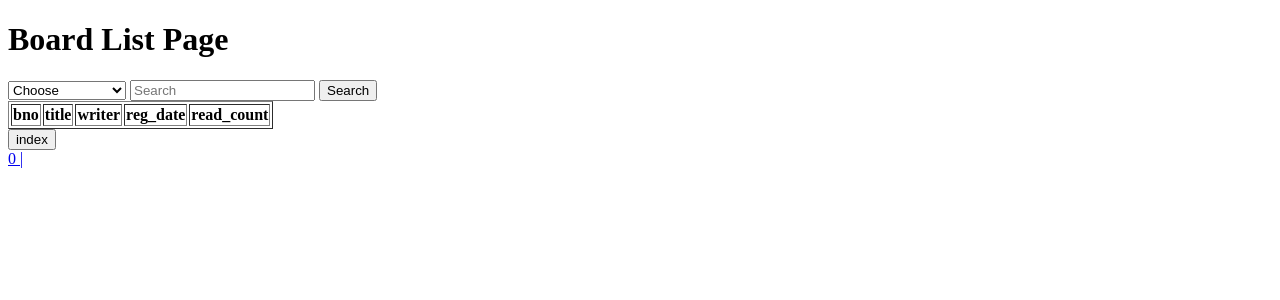
Repository: novemberjj/jsp
Page: http://localhost/jsp_project4/board/list.jsp
These files come from the project's save history. The page is drawn as it stood at one moment and after the next save; the edit follows.
The browser window is 1280 px wide. The pictures show the whole page.
The page is served by Tomcat 9. Other server files are loaded and not shown. The template is opened directly, without the code that normally fills it, so the values that code supplies are empty.

Above is the page before, as saved 2023-05-30 07:05:18.

### jsp_project4/jsp_project4/src/main/webapp/board/list.jsp
<%@ page language="java" contentType="text/html; charset=UTF-8"
    pageEncoding="UTF-8"%>
<%@ taglib uri="http://java.sun.com/jsp/jstl/core" prefix="c" %>
<!DOCTYPE html>
<html>
<head>
<meta charset="UTF-8">
<title>Board List Page</title>
</head>
<body>
<h1>Board List Page</h1>
<form action="/brd/page" method="post">
<div>
	<c:set value="${pgh.pgvo.type }" var="typed"></c:set>
	<select name="type">
		<option ${typed==null ? 'selected':'' }>Choose</option>
		<option value="t" ${typed eq 't' ? 'selected':'' }>title</option>
		<option value="w" ${typed eq 'w' ? 'selected':'' }>writer</option>
		<option value="c" ${typed eq 'c' ? 'selected':'' }>content</option>
		<option value="tc" ${typed eq 'tc' ? 'selected':'' }>title or content</option>
		<option value="tw" ${typed eq 'tw' ? 'selected':'' }>title or writer</option>
		<option value="cw" ${typed eq 'cw' ? 'selected':'' }>content or writer</option>
	</select>
	<input type="text" name="keyword" placeholder="Search">
	<input type="hidden" name="pageNo" value="${pgh.pgvo.pageNo }">
	<input type="hidden" name="qty" value="${pgh.pgvo.qty }">
	<button type="submit">Search</button>
</div>
</form>
<table border="1">
<tr>
<th>bno</th>
<th>title</th>
<th>writer</th>
<th>reg_date</th>
<th>read_count</th>
</tr>
<c:forEach items="${list }" var="bvo">
<tr>
<td>${bvo.bno }</td>
<td>
<c:if test="${bvo.image_file ne null }">
<img alt="없음" src="/_fileUpload/th_${bvo.image_file }">
</c:if>
<a href="/brd/detail?bno=${bvo.bno }">${bvo.title }</a>
</td>
<td>${bvo.writer }</td>
<td>${bvo.reg_date }</td>
<td>${bvo.read_count }</td>
</tr>
</c:forEach>
</table>
<a href="/"><button type="button">index</button> </a> <br>
<c:if test="${pgh.prev }">
<a href="/brd/page?pageNo=${pgh.startPage-1 }&qty=${pgh.pgvo.qty }&type=${pgh.pgvo.type }&keyword=${pgh.pgvo.keyword }"> 이전 </a>
</c:if>
<c:forEach begin="${pgh.startPage }" end="${pgh.endPage }" var="i">
<a href="/brd/page?pageNo=${i }&qty=${pgh.pgvo.qty}&type=${pgh.pgvo.type}&keyword=${pgh.pgvo.keyword}">${i } | </a>
</c:forEach>
<c:if test="${pgh.next }">
<a href="/brd/page?pageNo=${pgh.endPage+1 }&qty=${pgh.pgvo.qty}&type=${pgh.pgvo.type}&keyword=${pgh.pgvo.keyword}">다음</a>
</c:if>

</body>
</html>

After the next save:
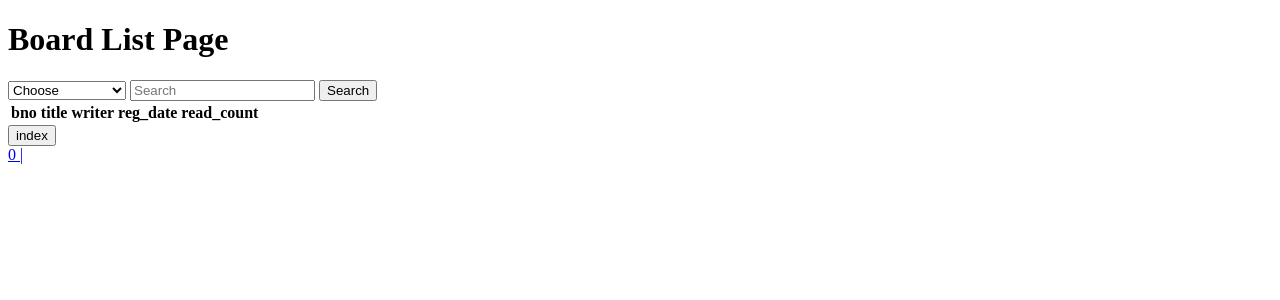
Saved 82 s later.
--- a/jsp_project4/jsp_project4/src/main/webapp/board/list.jsp
+++ b/jsp_project4/jsp_project4/src/main/webapp/board/list.jsp
@@ -27,7 +27,7 @@
 	<button type="submit">Search</button>
 </div>
 </form>
-<table border="1">
+<table class="table table-hover">
 <tr>
 <th>bno</th>
 <th>title</th>
